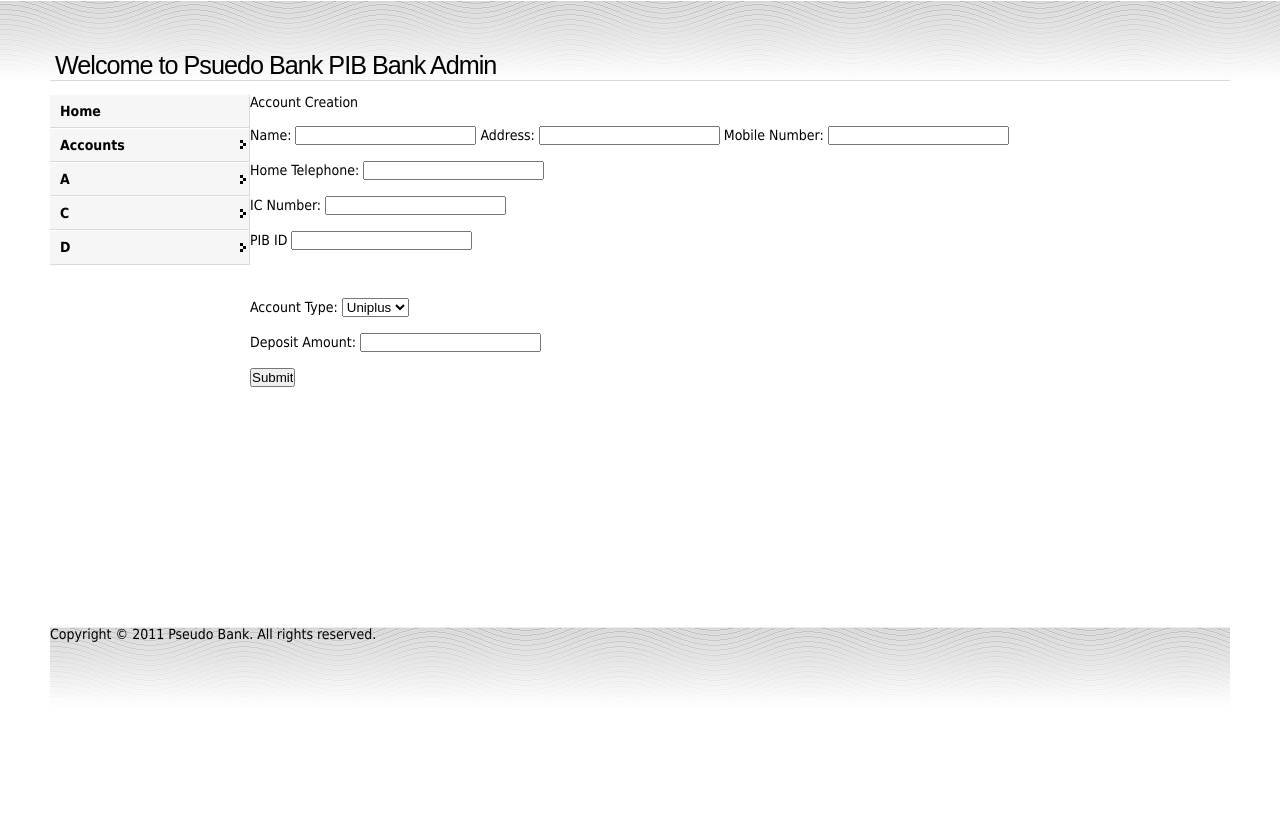
Repository: hareth12/Final-Year-Project
Page: http://localhost/bankAdmin/Account/accountCreation1.jsp
An editor plug-in stored every save of this project. The page is shown before and after a run of saves, followed by the edit.
The browser window is 1280 px wide. The pictures show the whole page.
The page is served by Tomcat 9. Other server files are loaded and not shown.

Above is the page before, as saved 2011-09-30 12:22:19.

### bankAdmin/WebContent/Account/accountCreation1.jsp
<!DOCTYPE html PUBLIC "-//W3C//DTD XHTML 1.0 Transitional//EN" "http://www.w3.org/TR/xhtml1/DTD/xhtml1-transitional.dtd">
<html xmlns="http://www.w3.org/1999/xhtml" xml:lang="en" lang="en">
<head>
<title>Psuedo Bank Personal Internal Banking</title>
<meta http-equiv="Content-Type" content="text/html; charset=utf-8" />
<meta name="author" content="Tom@Lwis (http://www.lwis.net/free-css-drop-down-menu/)" />
<meta name="keywords" content="css, dropdowns, dropdown menu, drop-down, menu, navigation, nav, horizontal, vertical left-to-right, vertical right-to-left, horizontal linear, horizontal upwards, cross browser, internet explorer, ie, firefox, safari, opera, browser, lwis" />
<meta name="description" content="Simple vertical left-to-right direction css drop-down menu demo using clean, standards-friendly, free, easy, cross browser framework for css drop-down menus" />
<link href="/bankAdmin/asset/secured/helper.css" media="screen" rel="stylesheet" type="text/css" />

<style type="text/css">

/* Layout */
@import "/bankAdmin/asset/secured/dropdown.css";
@import "/bankAdmin/asset/secured/dropdown.vertical.css";

/* Theme */
@import "/bankAdmin/asset/secured/default.css";

</style>


</head>
<body>
<div id="wrap">  <!-- This wrap div needs to encompass everything except the footer div at bottom -->
<h1>Welcome to Psuedo Bank PIB Bank Admin</h1>

<ul id="nav" class="dropdown dropdown-vertical">
    <li><a href="#">Home</a></li>
    <li class="dir">Accounts
        <ul>
            <li><a href="/bankAdmin/AccountCreation">Accounts Creation</a></li>
            <li><a href="#">Accounts Enquiry</a></li>
                <ul>
                    <li><a href="./">1</a></li>
                    <li><a href="./">2</a></li>
                    <li><a href="./">3</a></li>
                    <li><a href="./">4</a></li>
                    <li><a href="./">5</a></li>
                </ul>
            </li>
        </ul>
    </li>
    <li class="dir">A
        <ul>
            <li><a href="#">1</a></li>
            <li><a href="#">2</a></li>
            <li><a href="#">3</a></li>
        </ul>
    </li>
    <li class="dir">C
        <ul>
            <li><a href="./">1</a></li>
            <li><a href="./">2</a></li>
            <li><a href="./">3</a></li>
        </ul>
    </li>
    <li class="dir">D</a>
        <ul>
            <li><a href="./">1</a></li>
        </ul>
    </li>
</ul>
	<div id="main">
	Account Creation
	<br></br>

		<form name="input" action="/bankAdmin/AccountCreation2" method="post">
		<table>
		<tr>
		Name: <input type="text" name="name" />
		</tr>
		<tr>
		Address: <input type="text" name="address" />
				</tr>
		<tr>
		Mobile Number: <input type="text" name="mobile" /> <br></br>
		Home Telephone: <input type="text" name="home" /> <br></br>
		IC Number: <input type="text" name="icNumber" /> <br></br>
		PIB ID <input type="text" name="idPib" /> <br></br>
		<br></br>
		Account Type: <select name="accountType">
				  <option value="Uniplus">Uniplus</option>
				</select> <br></br>
		Deposit Amount: <input type="text" name="deposit" /> <br></br>
		<input type="submit" value="Submit" />
		</table>
		</form>




	</div>

</div>

<div class="footer">
	<div id="foot"> <!-- this extra div is just centering the fixed width area of the footer content -->

    <p>Copyright &copy; 2011 Pseudo Bank. All rights reserved.</p>
    </div>
</div>

</body>


</html>

### bankAdmin/WebContent/asset/secured/helper.css

* {
 margin: 0;
 padding: 0;
}

body {
 padding: 50px;
 border-top: solid 1px #fff;
 background: #fff url(images/pattern1.png) 0 0 repeat-x;
 font: 14px/normal Tahoma, Arial, Helvetica, sans-serif;
}

html, body{height: 100%;}

#wrap {min-height: 80%;}

#main {overflow:auto;
    padding-bottom: 20%;}  /* must be same height as the footer */

footer {

 position: relative;
 margin-top: -20%;
 height: 20%;
 clear:both;
 text-align: center;
 width:100%;
}

/* Footer */
#footer {background: #444444 url('images/footer.gif') repeat-x;color:#ffffff;font-size:11px;font-family:Verdana, Arial, sans-serif}
#footer2 {background-color: #444444;color:#ffffff;font-size:11px;font-family:Verdana, Arial, sans-serif;height:140px}
#footer a, #footer2 a {color:#ffffff;text-decoration:underline}
#footer a:hover, #footer2 a:hover {color:#804249;text-decoration:underline}
#footer a:visited, #footer2 a:visited  {color:#ffffff;text-decoration:underline}
#footer p, #footer2 p {margin:0 0 15px 0}
#footer p.axe img, #footer2 p.axe img {margin-bottom:-7px}
#foot {width:100%;margin:0 auto;background: url('images/pattern1.png') repeat-x;height:140px;line-height:1.1em;padding: 0;}
#foot2 {width:800px;margin:0 auto;height:140px;line-height:1.1em;padding:0 10px 0 10px}
#foot #left {width:400px;float:left;padding-top:72px}
#foot #right {width:250px;float:right;text-align:right;padding-top:72px}
#foot2 #left {width:450px;float:left;padding-top:45px}
#foot2 #right {width:250px;float:right;text-align:right;padding-top:45px}

.clearfix:after {content: ".";display: block;height: 0;clear: both;visibility: hidden}
.clearfix {display: inline-block}
* html .clearfix {height: 1%}
.clearfix {display: block}


p { margin-bottom: 1em; }

ul.classic {
 list-style: disc;
 margin-bottom: 1em;
 padding-left: 2em;
}

h1,h2,h3 {
 margin-bottom: .5em;
 font-family: Arial, Helvetica, sans-serif;
 line-height: normal;
}

h1 {
 border-bottom: solid 1px #d9d9d9;
 font-weight: normal;
 font-size: 180%;
 text-indent: 5px;
 letter-spacing: -1px;
}

.dropdown-upward {
 margin-top: 400px !important;
}

### bankAdmin/WebContent/asset/secured/dropdown.css
@charset "UTF-8";

/**
 * Horizontal CSS Drop-Down Menu Module
 *
 * @file        dropdown.css
 * @package     Dropdown
 * @version     0.7.1
 * @type        Transitional
 * @stacks      597-599
 * @browsers    Windows: IE6+, Opera7+, Firefox1+
 *              Mac OS: Safari2+, Firefox2+
 *
 * @link        http://www.lwis.net/
 * @copyright   2006-2008 Live Web Institute. All Rights Reserved.
 *
 */

ul.dropdown,
ul.dropdown li,
ul.dropdown ul {
 list-style: none;
 margin: 0;
 padding: 0;
}

ul.dropdown {
 position: relative;
 z-index: 597;
 float: left;
}

ul.dropdown li {
 float: left;
 line-height: 1.3em;
 vertical-align: middle;
 zoom: 1;
}

ul.dropdown li.hover,
ul.dropdown li:hover {
 position: relative;
 z-index: 599;
 cursor: default;
}

ul.dropdown ul {
 visibility: hidden;
 position: absolute;
 top: 100%;
 left: 0;
 z-index: 598;
 width: 100%;
}

ul.dropdown ul li {
 float: none;
}

ul.dropdown ul ul {
 top: 1px;
 left: 99%;
}

ul.dropdown li:hover > ul {
 visibility: visible;
}

### bankAdmin/WebContent/asset/secured/dropdown.vertical.css
@charset "UTF-8";

/**
 * Vertical Left-to-Right Direction CSS Drop-Down Menu Component
 *
 * @file		dropdown.vertical.css
 * @package		Dropdown
 * @version		0.3
 * @type		Transitional
 * @requires	dropdown.css
 * @browsers	Windows: IE5+, Opera7+, Firefox1+
 *				Mac OS: Safari2+, Firefox2+
 *
 * @link		http://www.lwis.net/
 * @copyright	2006-2008 Live Web Institute. All Rights Reserved.
 *
 */

@import "dropdown.css";

ul.dropdown-vertical {
 width: 200px;
}

ul.dropdown-vertical ul {
 top: 1px;
 left: 99%;
}

ul.dropdown-vertical li {
 float: none;
}

### bankAdmin/WebContent/asset/secured/default.css
@charset "UTF-8";

/**
 * Default CSS Drop-Down Menu Theme
 *
 * @file		default.css
 * @name		Default
 * @version		0.1.1
 * @type		transitional
 * @browsers	Windows: IE5+, Opera7+, Firefox1+
 *				Mac OS: Safari2+, Firefox2+
 *
 * @link		http://www.lwis.net/
 * @copyright	2008 Live Web Institute. All Rights Reserved.
 *
 * Module Classes: *.dir {} *.on {} *.open {} li.hover {} li.first {} li.last {}
 * Expected directory tag - li
 *
 */


/*-------------------------------------------------/
 * @section		Base Drop-Down Styling
 * @structure	ul (unordered list)
 *				ul li (list item)
 *				ul li a (links)
 *				/*\.class|(li|a):hover/
 * @level sep	ul
 */


ul.dropdown {
 font-weight: bold;
}

	ul.dropdown li {
	 padding: 7px 10px;
	 border-style: solid;
	 border-width: 1px 1px 1px 0;
	 border-color: #fff #d9d9d9 #d9d9d9;
	 background-color: #f6f6f6;
	 color: #000;
	}

	ul.dropdown li.hover,
	ul.dropdown li:hover {
	 background-color: #eee;
	 color: #000;
	}

	ul.dropdown a:link,
	ul.dropdown a:visited	{ color: #000; text-decoration: none; }
	ul.dropdown a:hover		{ color: #000; }
	ul.dropdown a:active	{ color: #ffa500; }


	/* -- level mark -- */

	ul.dropdown ul {
	 width: 150px;
	 margin-top: 1px;
	}

		ul.dropdown ul li {
		 font-weight: normal;
		}



/*-------------------------------------------------/
 * @section		Support Class `dir`
 * @level sep	ul, .class
 */


ul.dropdown *.dir {
 padding-right: 20px;
 background-image: url(../secured/images/nav-arrow-down.png);
 background-position: 100% 50%;
 background-repeat: no-repeat;
}


/* -- Components override -- */

ul.dropdown-horizontal ul *.dir {
 padding-right: 15px;
 background-image: url(../secured/images/nav-arrow-right.png);
 background-position: 100% 50%;
 background-repeat: no-repeat;
}

ul.dropdown-upward *.dir {
 background-image: url(../secured/images/nav-arrow-top.png);
}

ul.dropdown-vertical *.dir,
ul.dropdown-upward ul *.dir {
 background-image: url(../secured/images/nav-arrow-right.png);
}

ul.dropdown-vertical-rtl *.dir {
 padding-right: 10px;
 padding-left: 15px;
 background-image: url(../secured/images/nav-arrow-left.png);
 background-position: 0 50%;
}

After the next 3 saves:
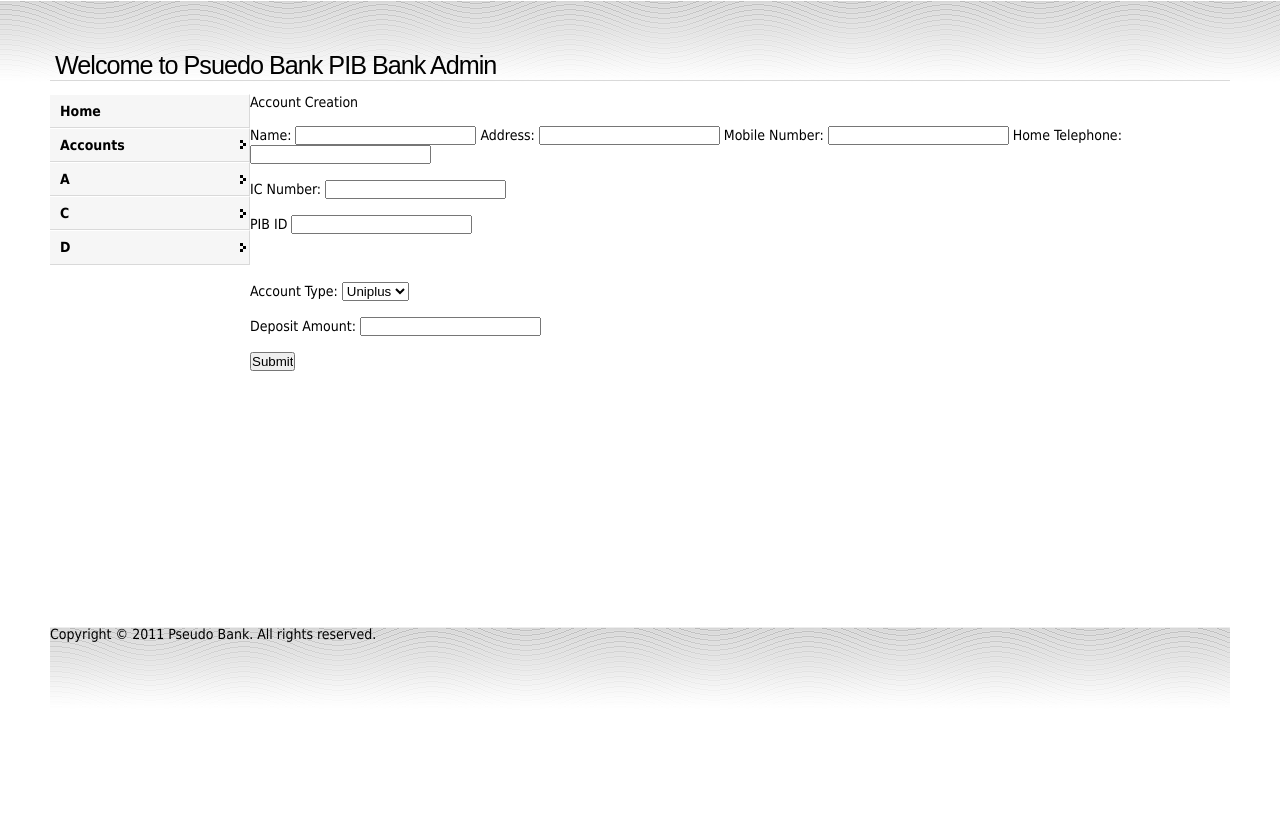
The 3 saves are shown as one change because they came seconds apart.
The last was saved 11 s later.
--- a/bankAdmin/WebContent/Account/accountCreation1.jsp
+++ b/bankAdmin/WebContent/Account/accountCreation1.jsp
@@ -72,9 +72,11 @@
 		</tr>
 		<tr>
 		Address: <input type="text" name="address" />
-				</tr>
+		</tr>
 		<tr>
-		Mobile Number: <input type="text" name="mobile" /> <br></br>
+		Mobile Number: <input type="text" name="mobile" />
+		</tr>
+		<tr>
 		Home Telephone: <input type="text" name="home" /> <br></br>
 		IC Number: <input type="text" name="icNumber" /> <br></br>
 		PIB ID <input type="text" name="idPib" /> <br></br>
